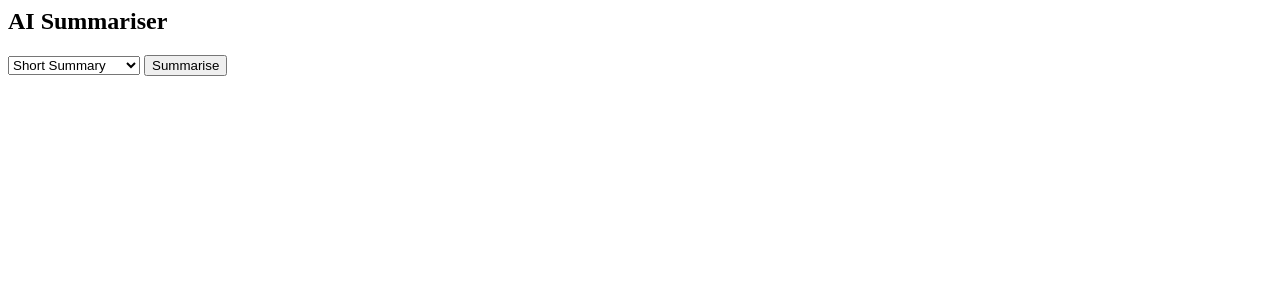
Repository: hisana-nazeer/AI-Summariser
Page: popup.html
These files come from the project's save history. The page is drawn as it stood at one moment and after a run of saves; the edit follows.
The browser window is 1280 px wide. The pictures show the whole page.

Above is the page before, as saved 2025-09-22 13:22:00.

After the next 4 saves:
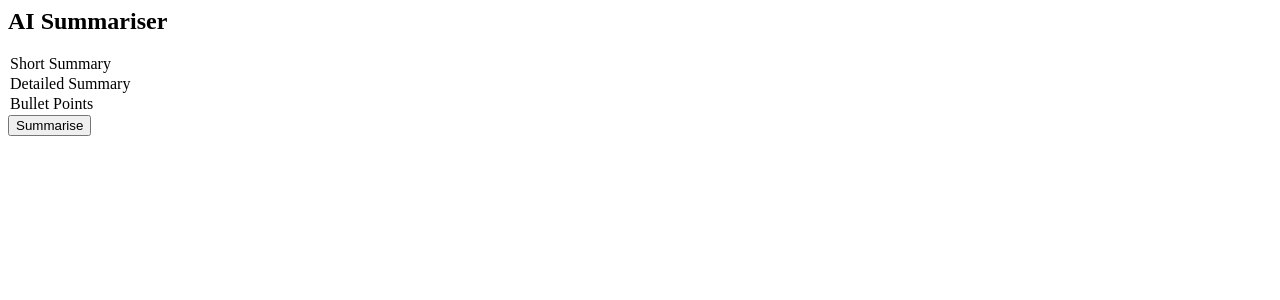
The 4 saves are shown as one change because they came seconds apart.
The last was saved 11 s later.
--- a/popup.html
+++ b/popup.html
@@ -1,6 +1,7 @@
 <html>
     <body>
         <h2>AI Summariser</h2>
+        <div class
         <select id="summary-type">
             <option value="short">Short Summary</option>
             <option value="detailed">Detailed Summary</option>

After the 5 saves that followed:
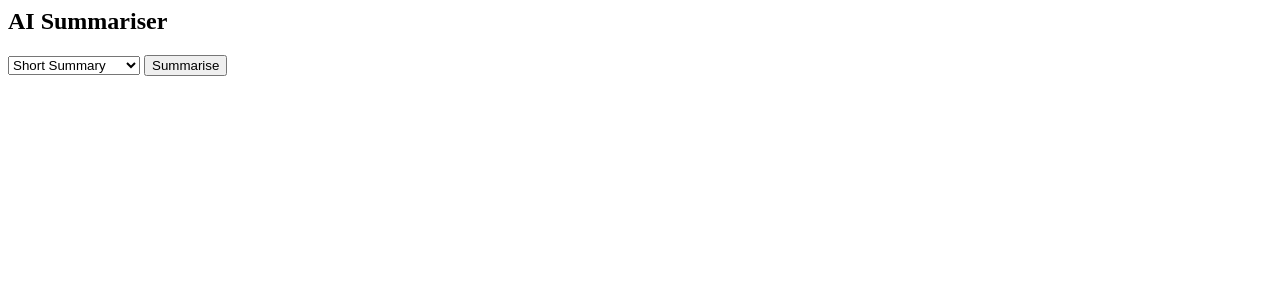
The 5 saves are shown as one change because they came seconds apart.
The last was saved 14 s later.
--- a/popup.html
+++ b/popup.html
@@ -1,7 +1,7 @@
 <html>
     <body>
         <h2>AI Summariser</h2>
-        <div class
+        <div class="options">
         <select id="summary-type">
             <option value="short">Short Summary</option>
             <option value="detailed">Detailed Summary</option>
